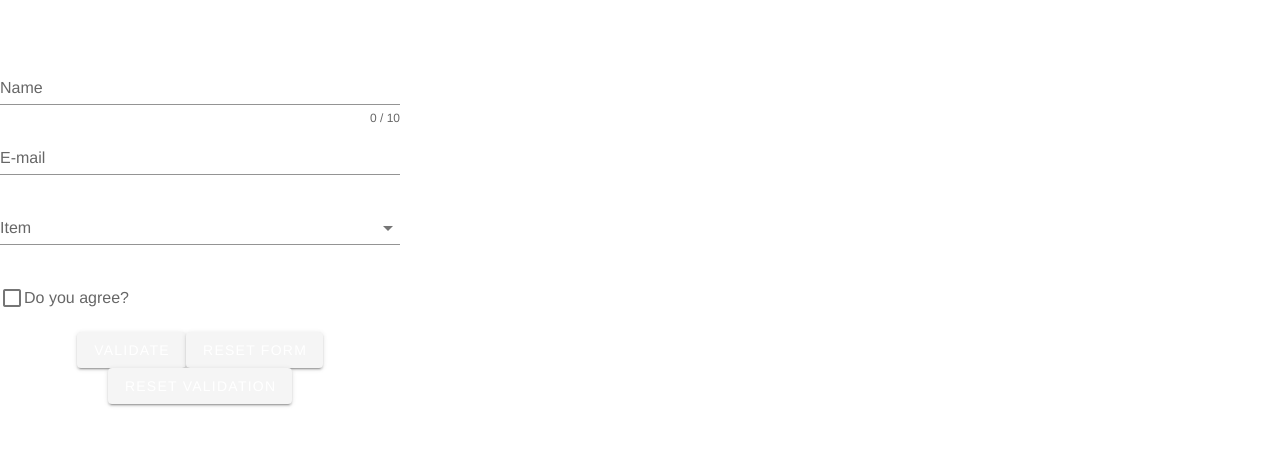
Repository: Natanhel/klitat-tash
Page: /
The author's editor kept a copy of each file at every save. The page is drawn from the files as they stood at one save, then again after the next save.
The browser window is 1280 px wide. The pictures show the whole page.
The page's requests for data from a server got no answer. The project was rebuilt for these pictures with package versions that can differ from the ones it lists, and the page was loaded fresh each time. No one was signed in, and anything a server would have sent is missing. Also part of the build but not shown: vue.config.js.

Above is the page before, as saved 2020-12-01 16:50:32.

### src/App.vue
<template>
  <div id="app">

    <v-form
      ref="form"
      v-model="valid"
      lazy-validation
    >
      <v-text-field
        v-model="name"
        :counter="10"
        :rules="nameRules"
        label="Name"
        required
      ></v-text-field>

      <v-text-field
        v-model="email"
        :rules="emailRules"
        label="E-mail"
        required
      ></v-text-field>

      <v-select
        v-model="select"
        :items="items"
        :rules="[v => !!v || 'Item is required']"
        label="Item"
        required
      ></v-select>

      <v-checkbox
        v-model="checkbox"
        :rules="[v => !!v || 'You must agree to continue!']"
        label="Do you agree?"
        required
      ></v-checkbox>

      <v-btn
        :disabled="!valid"
        color="success"
        class="mr-4"
        @click="validate"
      >
        Validate
      </v-btn>

      <v-btn
        color="error"
        class="mr-4"
        @click="reset"
      >
        Reset Form
      </v-btn>

      <v-btn
        color="warning"
        @click="resetValidation"
      >
        Reset Validation
      </v-btn>
    </v-form>
  </div>
</template>

<script>
import axios from 'axios';

export default {
  name: 'App',
  mounted(){
    // login
    const data = JSON.stringify({"password":"passward","email":"natanhelp@gmail.com"});

    const config = {
      method: 'post',
      url: 'https://nat-task-manager.herokuapp.com/users/login',
      headers: {
        'Content-Type': 'application/json'
      },
      data : data
    };

    axios(config)
      .then((response) => {
        console.log(JSON.stringify(response.data));
      })
      .catch((error) => {
        console.log(error);
      })
  },

  data: () => ({
    valid: true,
    name: '',
    nameRules: [
      v => !!v || 'Name is required',
      v => (v && v.length <= 10) || 'Name must be less than 10 characters',
    ],
    email: '',
    emailRules: [
      v => !!v || 'E-mail is required',
      v => /.+@.+\..+/.test(v) || 'E-mail must be valid',
    ],
    select: null,
    items: [
      'Item 1',
      'Item 2',
      'Item 3',
      'Item 4',
    ],
    checkbox: false,
  }),
  methods: {
    validate () {
      this.$refs.form.validate()
    },
    reset () {
      this.$refs.form.reset()
    },
    resetValidation () {
      this.$refs.form.resetValidation()
    },
  },
}
</script>

<style>
#app {
  font-family: Avenir, Helvetica, Arial, sans-serif;
  -webkit-font-smoothing: antialiased;
  -moz-osx-font-smoothing: grayscale;
  text-align: center;
  color: #2c3e50;
  margin-top: 60px;
}

form
{
  width: 400px;
}
</style>

Loaded but not shown: public/index.html (common file); src/main.js (common file); src/plugins/vuetify.js (common file)

After the next save:
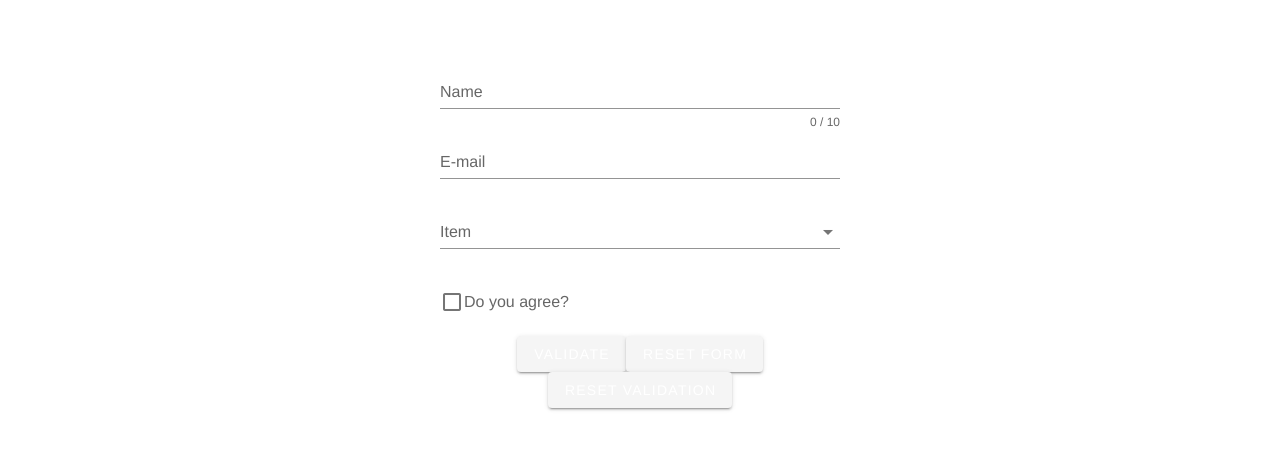
Saved 24 s later.
--- a/src/App.vue
+++ b/src/App.vue
@@ -139,4 +139,11 @@ form
 {
   width: 400px;
 }
+
+#app
+{
+  display: flex;
+  align-items: center;
+  justify-content: center;
+}
 </style>
